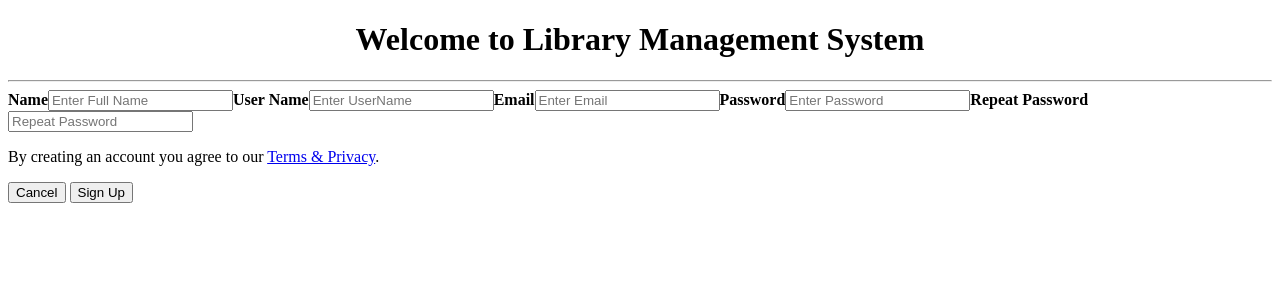
Repository: paragpatidar/LibraryManagementSystem
Page: http://localhost/LibraryManagementSystemSpring/WEB-INF/ui/SignUp.jsp
An editor plug-in stored every save of this project. The page is shown before and after the next save, followed by the edit.
The browser window is 1280 px wide. The pictures show the whole page.
The page is served by Tomcat 9. Nobody is signed in. The template is opened directly, without the code that normally fills it, so the values that code supplies are empty.

Above is the page before, as saved 2017-11-08 08:35:31.

After the next save:
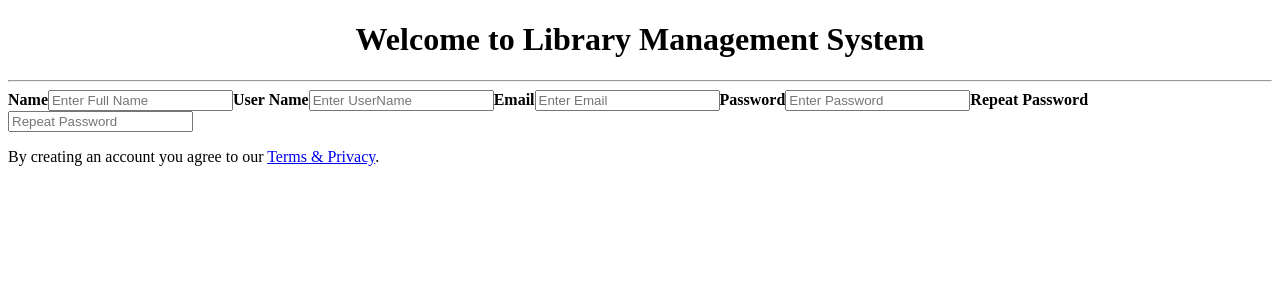
Saved 28 s later.
--- a/LibraryManagementSystemSpring/WebContent/WEB-INF/ui/SignUp.jsp
+++ b/LibraryManagementSystemSpring/WebContent/WEB-INF/ui/SignUp.jsp
@@ -27,11 +27,6 @@
 				By creating an account you agree to our <a href="#">Terms &
 					Privacy</a>.
 			</p>
-			<div class="clearfix">
-				<button type="button" onCLick="home.htm" class="cancelbtn">Cancel</button>
-				<button type="submit" name="submit" class="signupbtn">Sign
-					Up</button>
-			</div>
 	</table>
 		</form>
 	</div>
